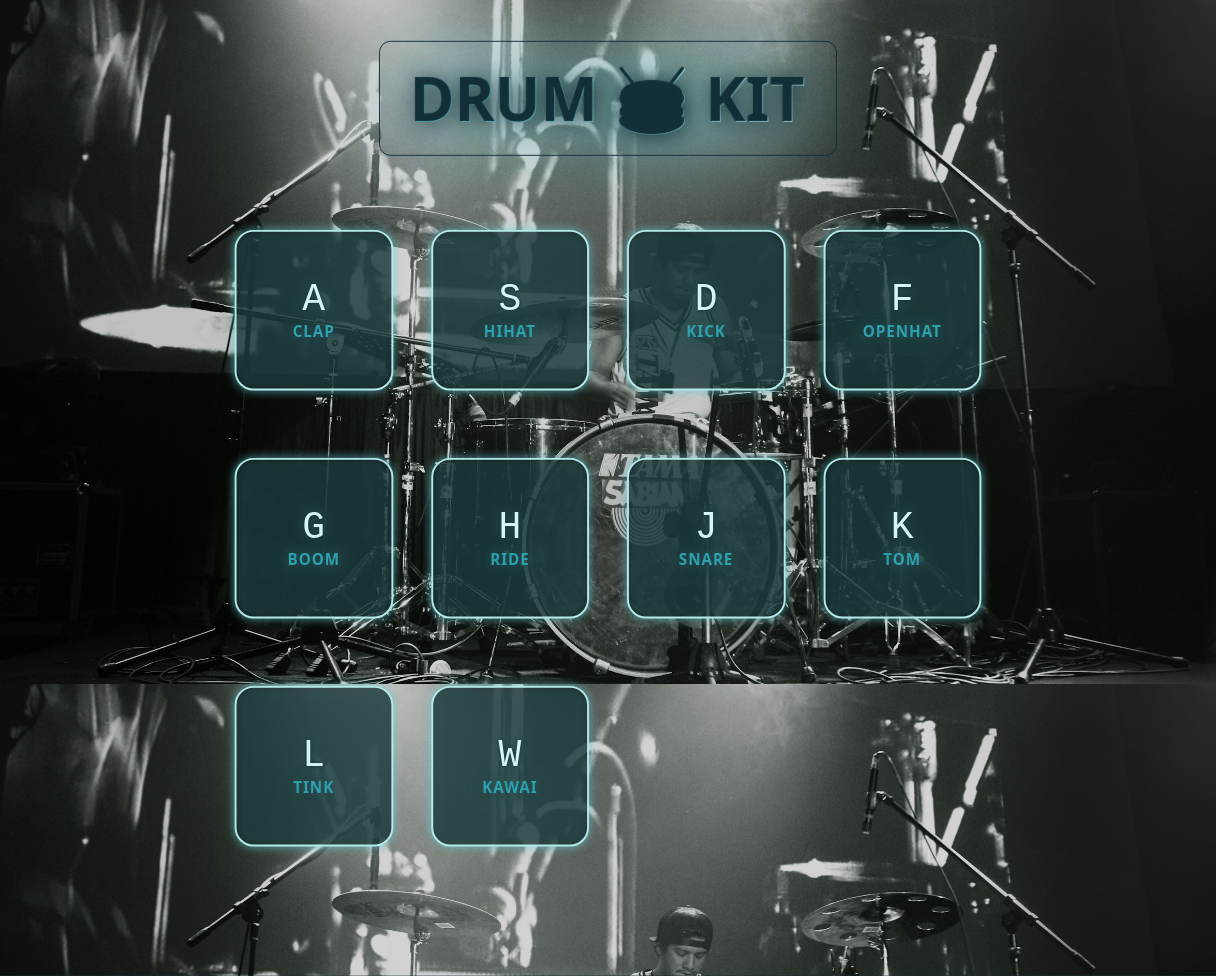
Repository: Freezler/drumkitJS
Page: index.html
An editor plug-in stored every save of this project. The page is shown before and after the next save, followed by the edit.
The browser window is 1280 px wide. The pictures show the whole page, at 95% of full size.
Backgrounds fixed to the window are drawn as part of the page.

Above is the page before, as saved 2024-08-24 12:36:24.
Console error: ReferenceError: key is not defined

After the next save:
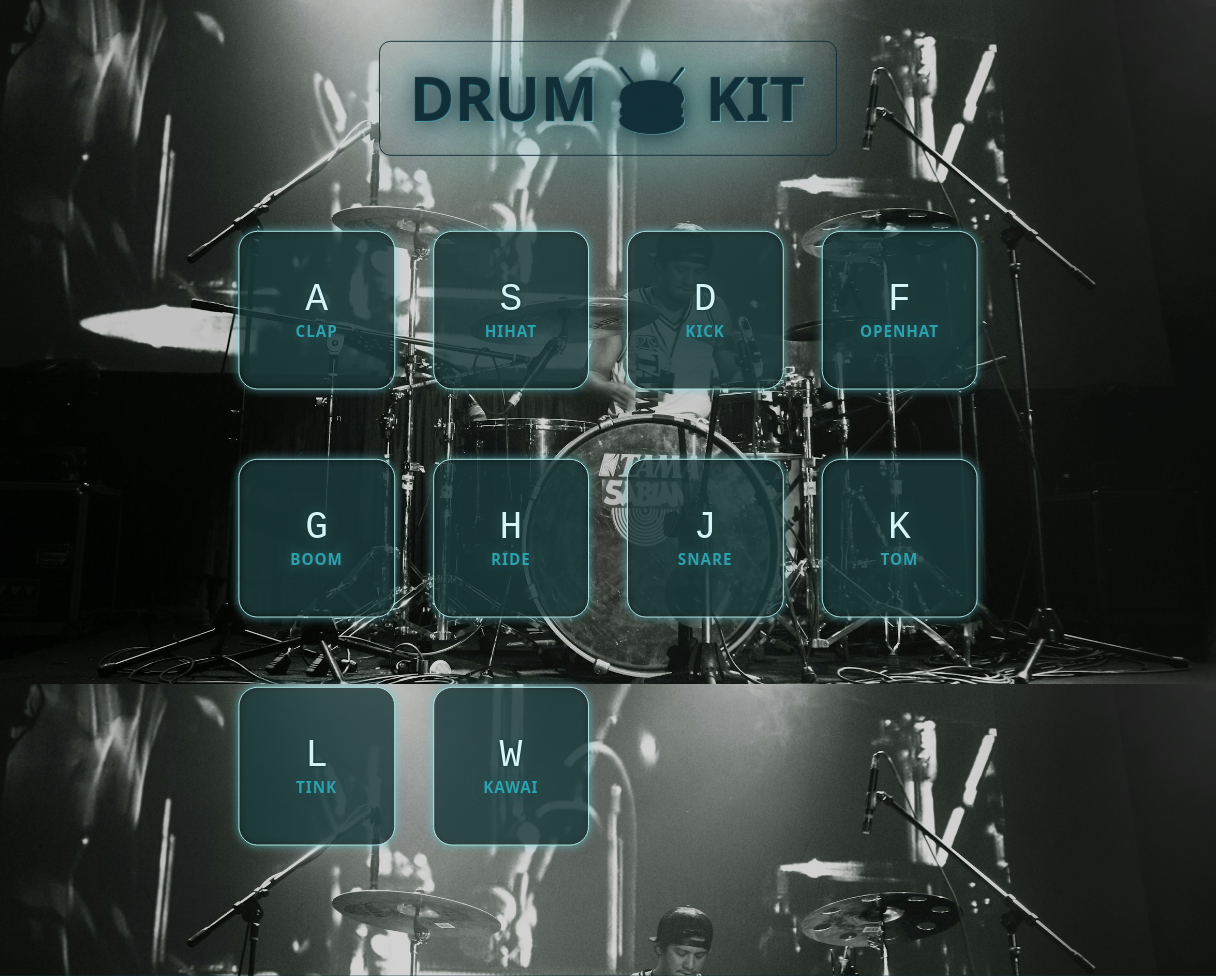
Saved 5 s later.
--- a/style.css
+++ b/style.css
@@ -80,7 +80,7 @@
 }
 
 .key {
-  border: 2px solid var(--200);
+  border: 1px solid var(--200);
   border-radius: 2rem;
   margin: 2rem;
   padding: .25rem .125rem;
